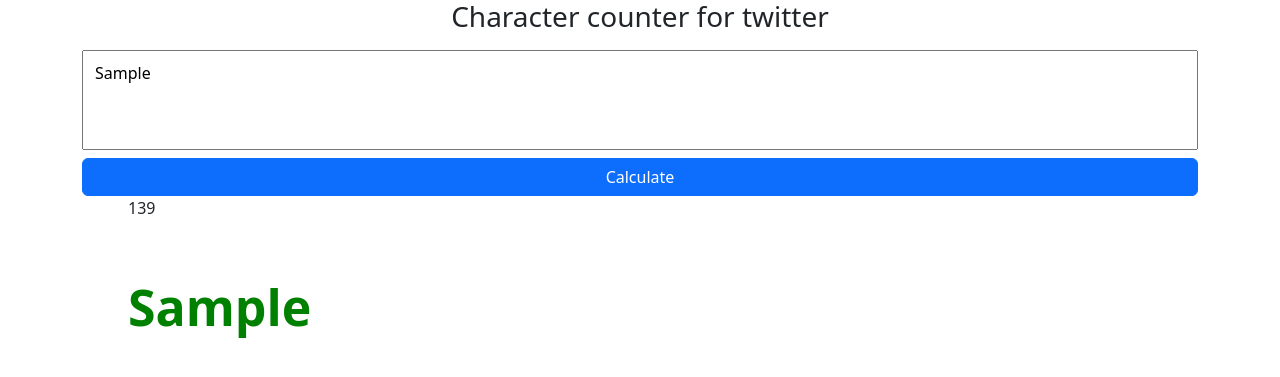
Repository: magmukendi/Tweets-Count
Page: index.html
The author's editor kept a copy of each file at every save. The page is drawn from the files as they stood at one save, then again after a run of saves.
The browser window is 1280 px wide. The pictures show the whole page.
Empty fields were first filled with sample values (such as "Sample", 5 or name@example.com).
After loading, the first visible `#tt` was changed once.
Some web libraries are served in a nearby version.

Above is the page before, as saved 2022-06-11 15:06:00.

After the next 5 saves:
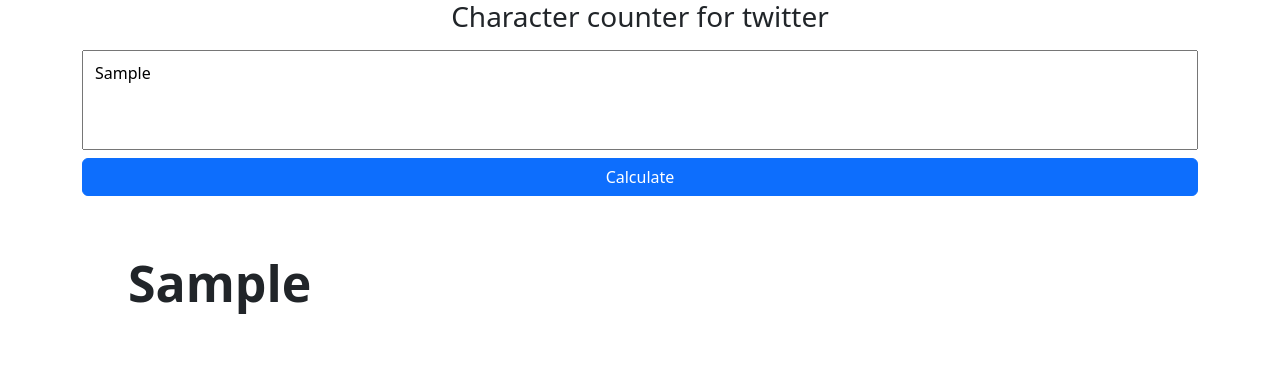
Console error: TypeError: Cannot read properties of null (reading 'length')
The 5 saves are shown as one change because they came seconds apart.
The last was saved 43 s later.
--- a/app.js
+++ b/app.js
@@ -27,7 +27,7 @@
 function colorChange(){
         s = p.innerText
         let n =/\w+/g
-        let char = /./g
+        let char = /(.)(\n)/g
 
         number.innerText = (145 - s.match(char).length);
 

After the 2 saves that followed:
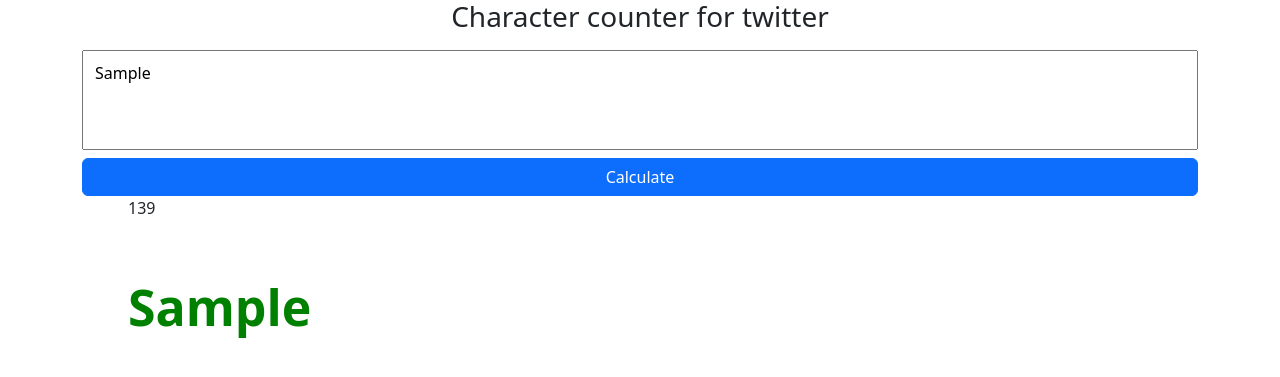
The error is gone.
The 2 saves are shown as one change because they came seconds apart.
The last was saved 15 s later.
--- a/app.js
+++ b/app.js
@@ -27,7 +27,7 @@
 function colorChange(){
         s = p.innerText
         let n =/\w+/g
-        let char = /(.)(\n)/g
+        let char = /./g
 
         number.innerText = (145 - s.match(char).length);
 
